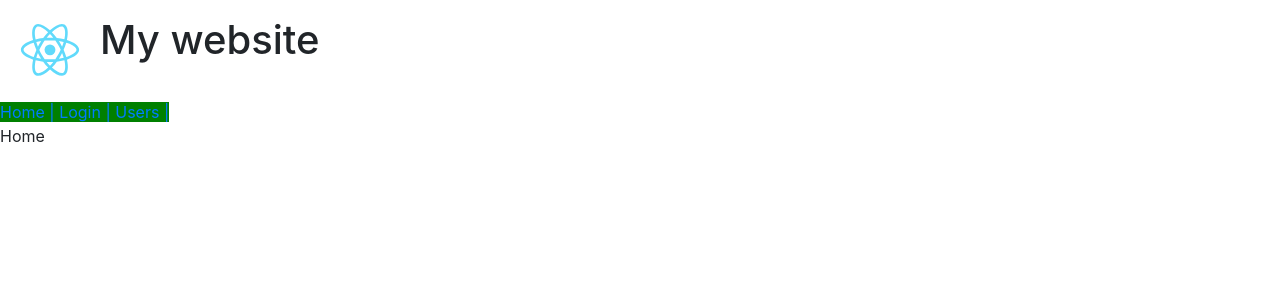
Repository: Marwa-Medhat/ReactJS-Labs
Page: /todolist (app in myapp/)
The author's editor kept a copy of each file at every save. The page is drawn from the files as they stood at one save, then again after the next save.
The browser window is 1280 px wide. The pictures show the whole page.
The project was rebuilt for these pictures with package versions that can differ from the ones it lists, and the page was loaded fresh each time. Also part of the build but not shown: myapp/src/App2.js.

Above is the page before, as saved 2021-04-28 19:57:07.

After the next save:
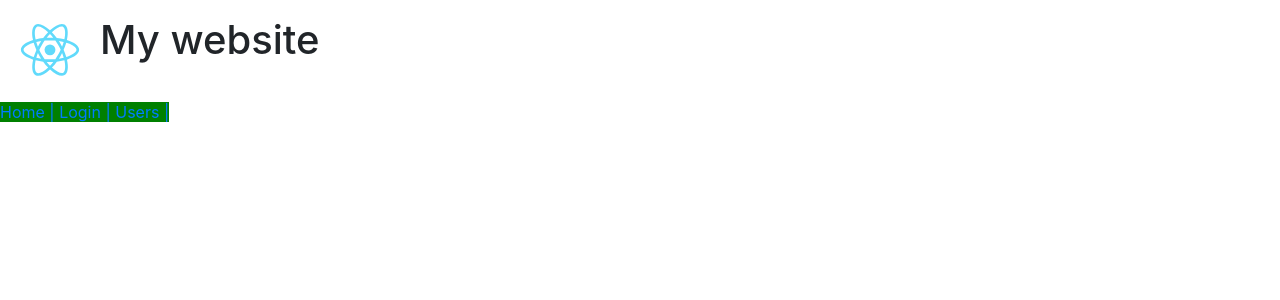
Saved 51 s later.
--- a/myapp/src/App3.js
+++ b/myapp/src/App3.js
@@ -53,7 +53,7 @@ class App extends React.Component{
                     <Login />
                 </Route>
                 <Route path="/" >
-                    <Home />
+                    <todo />
                 </Route>
             </Switch>
         </Router>
